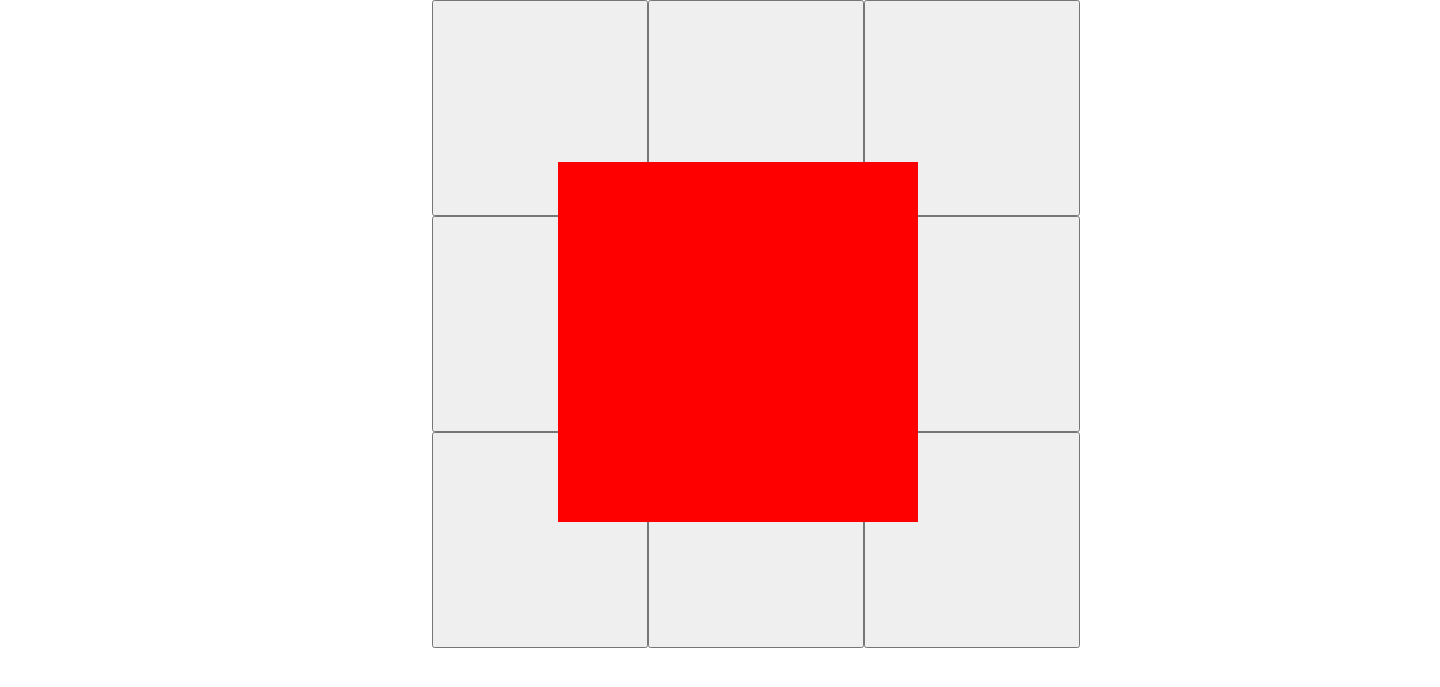
Repository: napan24/tic-tac-toe
Page: /
An editor plug-in stored every save of this project. The page is shown before and after the next save, followed by the edit.
The browser window is 1440 px wide. The pictures show the whole page.
The project was rebuilt for these pictures with package versions that can differ from the ones it lists, and the page was loaded fresh each time. Also part of the build but not shown: src/App.css.

Above is the page before, as saved 2022-06-14 17:09:42.

After the next save:
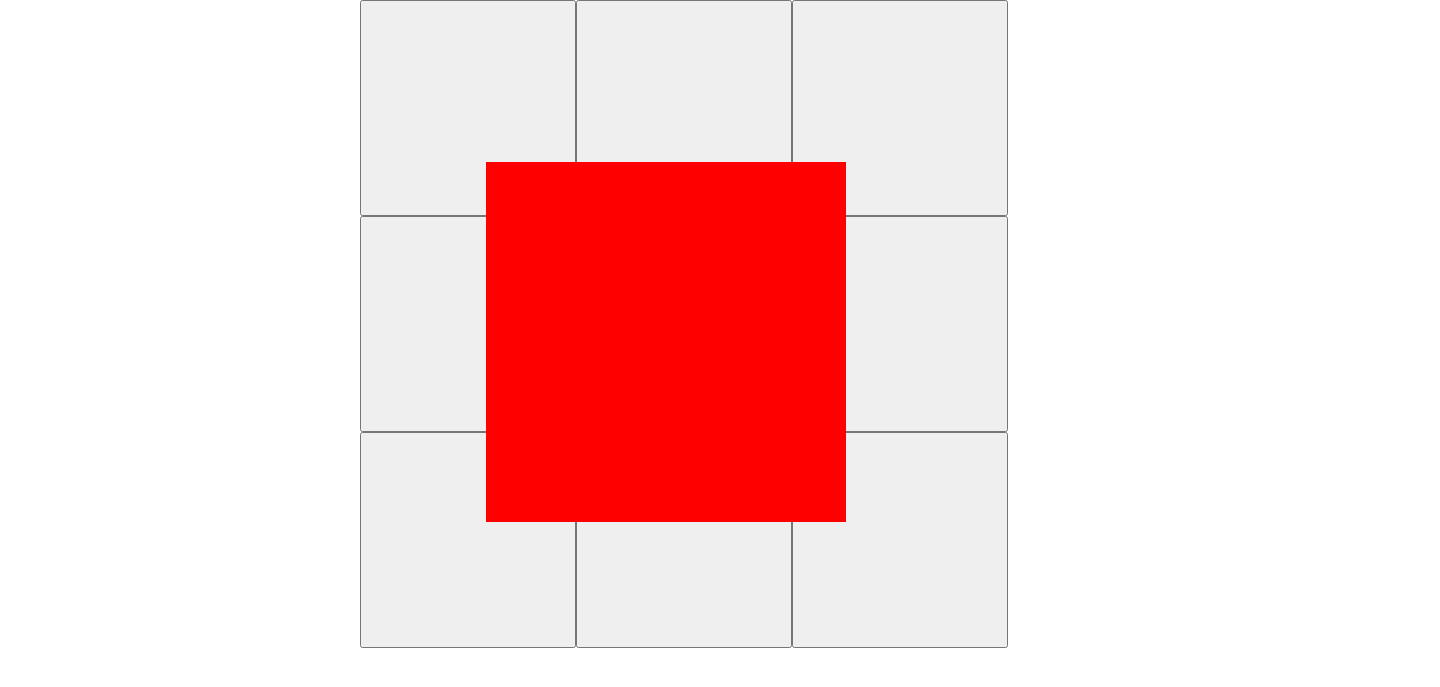
Saved 19 s later.
--- a/src/tik.css
+++ b/src/tik.css
@@ -15,7 +15,7 @@
 @media (max-width:1600px) and (min-width:1301px){
     #mainblock{
         position: relative;
-        left:30vw;
+        left:25vw;
         display: inline-block;
     }
 }
